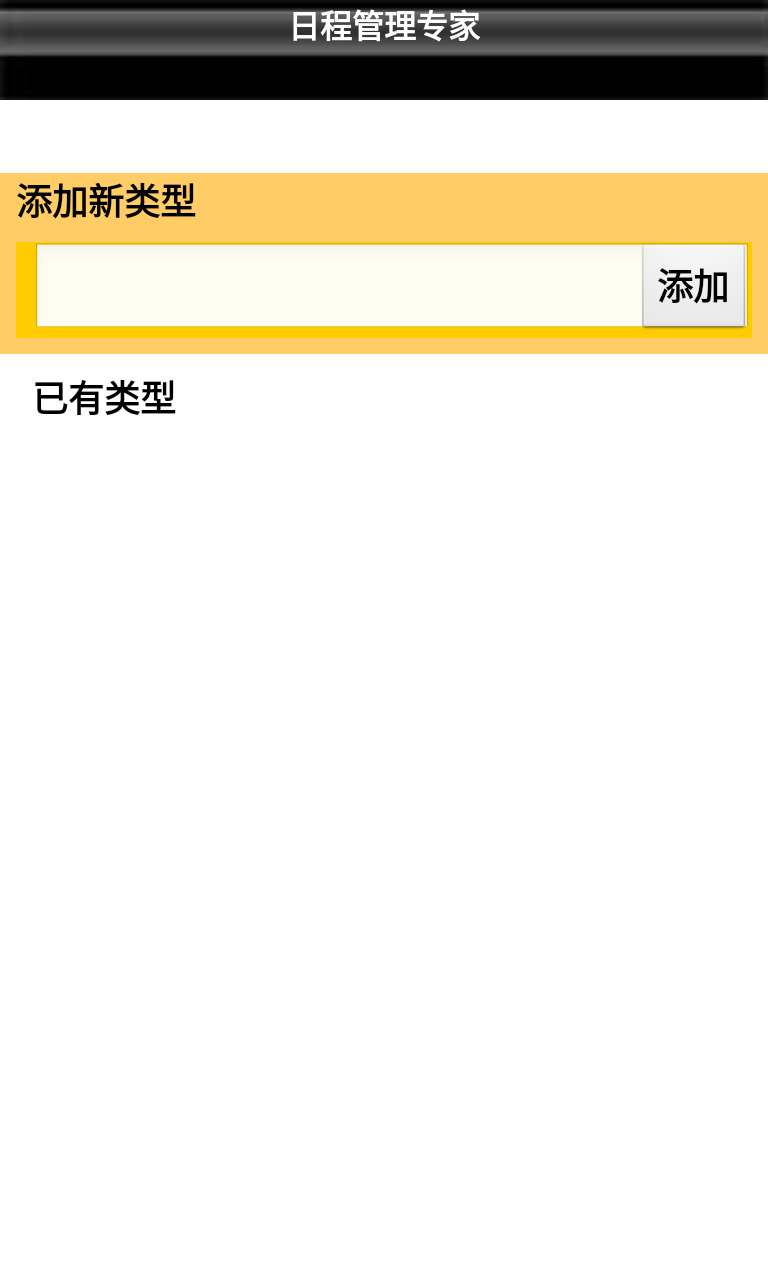
Repository: gogolaile/CoolWeather
Layout: DayDel/res/layout/add.xml
An editor plug-in stored every save of this project. The layout is shown before and after the next save, followed by the edit.
It is drawn on a 768 x 1280 px phone screen (xhdpi) without system bars, with theme android:Theme.NoTitleBar.Fullscreen; the app's code is not run. Lists and similar views that code fills are empty.

Above is the layout before, as saved 2015-12-05 09:52:02.

### DayDel/res/layout/add.xml
<LinearLayout xmlns:android="http://schemas.android.com/apk/res/android"
    android:layout_width="match_parent"
    android:layout_height="match_parent"
    android:background="#FFFF"
    android:orientation="vertical">

    <FrameLayout
        android:layout_width="match_parent"
        android:layout_height="50dp"
        android:background="@drawable/title">
    <TextView
        android:layout_width="wrap_content"
        android:layout_height="wrap_content"
        android:text="@string/day_manager"
        android:textSize="16sp"
        android:textColor="#FFFF"
        android:textStyle="bold"
        android:layout_gravity="center_horizontal"
        />
     </FrameLayout>
    <TextView
        android:layout_width="wrap_content"
        android:layout_height="wrap_content"
        android:text="@string/daytype_manage"
        android:textSize="18sp"
        android:textColor="#FFFF"
        android:textStyle="bold"
        android:layout_margin="5dp"/>
      <LinearLayout
          android:layout_width="match_parent"
          android:layout_height="wrap_content"
          android:orientation="vertical"
          android:background="#FFCC66">
        <TextView
           android:layout_width="wrap_content"
           android:layout_height="wrap_content"
           android:text="@string/add_new_type"
           android:textColor="#000"
           android:textStyle="bold"
           android:textSize="18sp"
           android:layout_marginLeft="8dp"
            />
           <RelativeLayout
                      android:layout_width="match_parent"
                      android:layout_height="wrap_content"
                      android:layout_margin="8dp"
                      android:background="#FFCC00">
                    <EditText
                        android:id="@+id/add_type_edit"
                        android:layout_width="match_parent"
                        android:layout_height="wrap_content"
                        android:textColor="#000"
                        android:textStyle="bold"
                        android:textSize="18sp"
                        android:layout_marginLeft="8dp"/>
                    <Button
                        android:id="@+id/add_type_button"
                        android:layout_width="wrap_content"
                        android:layout_height="wrap_content"
                        android:text="@string/add"
                        android:textColor="#000"
                        android:textStyle="bold"
                        android:textSize="18sp"
                        android:layout_alignParentRight="true"
                      />
              </RelativeLayout>
     </LinearLayout>
           <LinearLayout
          android:layout_width="match_parent"
          android:layout_height="wrap_content"
          android:orientation="vertical"
          android:layout_marginTop="8dp"
          android:layout_marginLeft="8dp"
          android:layout_marginRight="8dp">
          <TextView
           android:layout_width="wrap_content"
           android:layout_height="wrap_content"
           android:text="@string/existing_type"
           android:textColor="#000"
           android:textStyle="bold"
           android:textSize="18sp"
           android:layout_marginLeft="8dp"
                 />
     <ListView
             android:layout_width="match_parent"
             android:layout_height="match_parent"
             android:background="#FFCC66"
             android:layout_marginLeft="5dp"
             android:layout_marginRight="5dp"
             android:layout_marginBottom="15dp">
     </ListView>
     </LinearLayout>
</LinearLayout>

### DayDel/res/values/strings.xml
<?xml version="1.0" encoding="utf-8"?>
<resources>

    <string name="app_name">DayDel</string>
    <string name="hello_world">Hello world!</string>
    <string name="action_settings">Settings</string>
    <string name="day_manager">日程管理专家</string>
    <string name="duty">已有日程</string>
    <string name="type">类型</string>
    <string name="theme">主题</string>
    <string name="remark">备注</string>
    <string name="add">添加</string>
    <string name="comeback">返回上一页</string>
    <string name="add_new_type">添加新类型</string>
    <string name="type_manager">类型管理</string>
    <string name="existing_type">已有类型</string>
    <string name="complete">完成</string>
    <string name="cancel">取消</string>
    <string name="set_the_alarm">设置闹钟</string>
    <string name="set_the_time">设置日期和时间</string>
    <string name="edit">更改</string>
    <string name="search">搜索</string>
    <string name="search_result">查找结果</string>
    <string name="limited_date_range">限定日期范围</string>
    <string name="conditions_search">按条件搜索</string>
    <string name="search_from">从指定类型中搜索</string>
    <string name="choose_all_type">选定以上所有类型</string>
    <string name="metting">会议</string>
    <string name="memo">备忘</string>
    <string name="date">约会</string>
    <string name="backlog">待办</string>
    <string name="date_changed">修改日程</string>
    <string name="date_build">新建日程</string>
    <string name="day">日期:2011/06/19</string>
    <string name="time">时间:08:00</string>
    <string name="alarm">闹钟:无闹钟</string>
    <string name="daytype_manage">日程类型管理</string>
</resources>

After the next save:
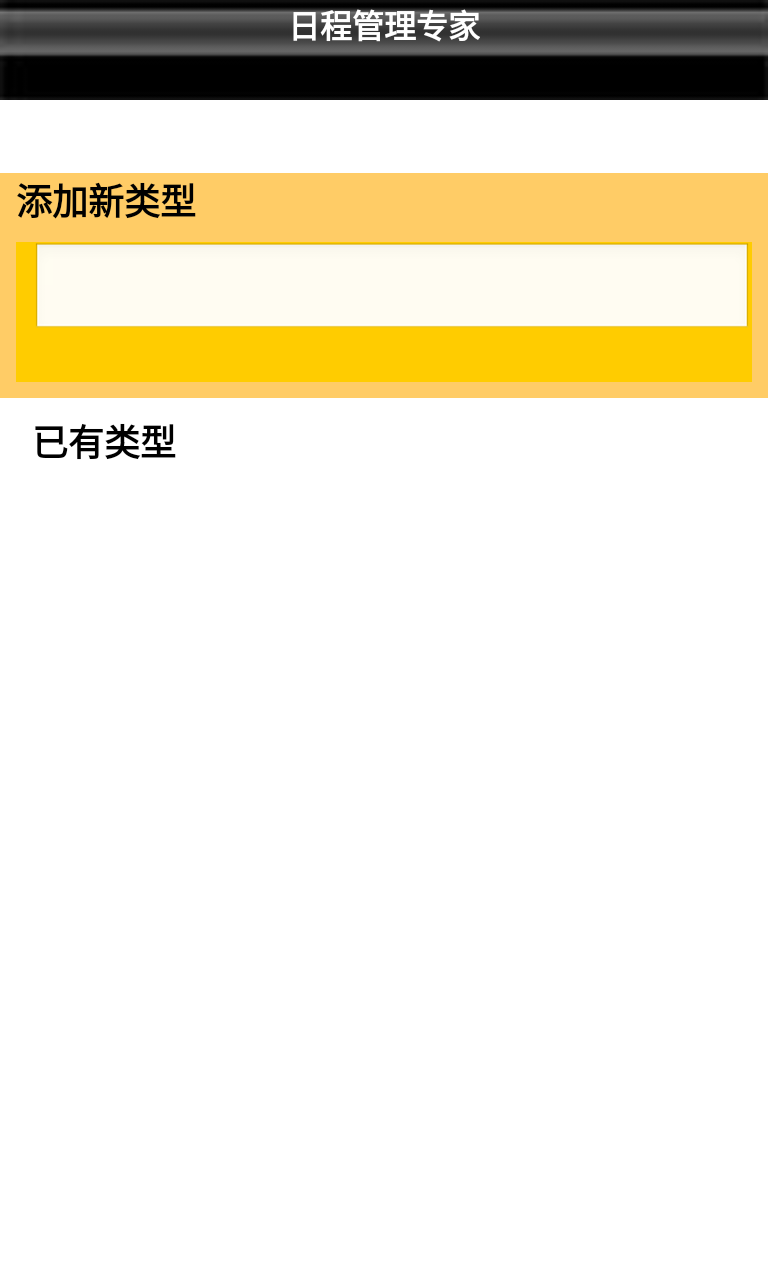
Saved 2 min 4 s later.
--- a/DayDel/res/layout/add.xml
+++ b/DayDel/res/layout/add.xml
@@ -40,11 +40,12 @@
            android:textSize="18sp"
            android:layout_marginLeft="8dp"
             />
-           <RelativeLayout
+           <LinearLayout
                       android:layout_width="match_parent"
                       android:layout_height="wrap_content"
                       android:layout_margin="8dp"
-                      android:background="#FFCC00">
+                      android:background="#FFCC00"
+                      android:orientation="horizontal">
                     <EditText
                         android:id="@+id/add_type_edit"
                         android:layout_width="match_parent"
@@ -61,9 +62,9 @@
                         android:textColor="#000"
                         android:textStyle="bold"
                         android:textSize="18sp"
-                        android:layout_alignParentRight="true"
+                        android:layout_gravity="left"
                       />
-              </RelativeLayout>
+              </LinearLayout>
      </LinearLayout>
            <LinearLayout
           android:layout_width="match_parent"
